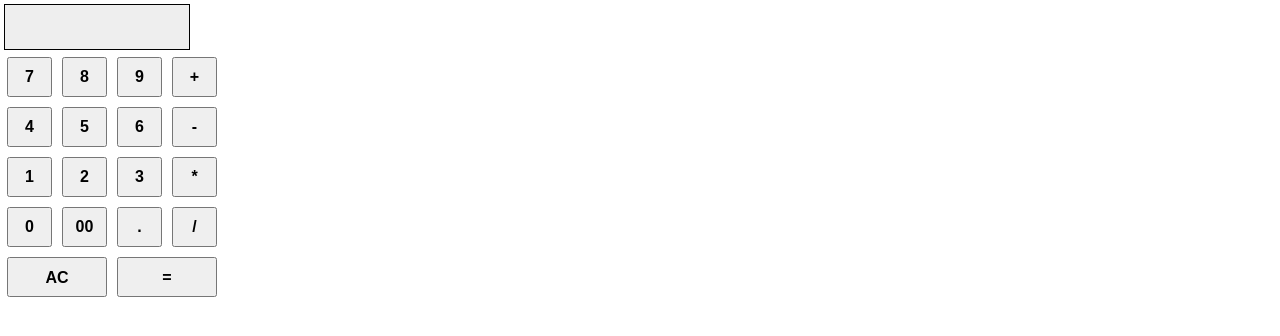
Repository: Kokoro-jp/calculatorApp
Page: index.html
The author's editor kept a record of every edit. The page is drawn from the files as they stood at one moment, then again after the next edit.
The browser window is 1280 px wide. The pictures show the whole page.

Above is the page before.

### index.html
<!DOCTYPE html>
    <html lang="ja">
      <head>
        <meta charset="utf-8">
        <link rel="stylesheet" href="main.css">
        <title>Calculator</title></title>
      </head>

      <body>
        <table>
          <tr>
            <td><div id="display"></div></td>
          </tr>

          <tr>
            <td><button onclick="clickbutton(this)">7</button></td>
            <td><button onclick="clickbutton(this)">8</button></td>
            <td><button onclick="clickbutton(this)">9</button></td>
            <td><button onclick="edit(this)">+</button></td>
          </tr>

          <tr>
            <td><button onclick="clickbutton(this)">4</button></td>
            <td><button onclick="clickbutton(this)">5</button></td>
            <td><button onclick="clickbutton(this)">6</button></td>
            <td><button onclick="edit(this)">-</button></td>
          </tr>

          <tr>
            <td><button onclick="clickbutton(this)">1</button></td>
            <td><button onclick="clickbutton(this)">2</button></td>
            <td><button onclick="clickbutton(this)">3</button></td>
            <td><button onclick="edit(this)">*</button></td>
          </tr>

          <tr>
            <td><button onclick="clickbutton(this)">0</button></td>
            <td><button onclick="clickbutton(this)">00</button></td>
            <td><button onclick="edit(this)">.</button></td>
            <td><button onclick="edit(this)">/</button></td>
          </tr>

          <tr>
            <td><button class="longbutton" onclick="reset(this)">AC</button></td>
            <td><button class="longbutton" onclick="equal(this)">=</button></td>
          </tr>

        </table>



      <script src="main.js"></script>
      </body>



    </html>

### main.css
*{
    margin: 0;
    padding: 0;
}


button{
    width: 45px;
    height: 40px;
    outline: none;
    box-shadow: none;
    margin: 5px;
    font-size: 16px;
    font-weight: bold;
}

#display{
    width: 180px;
    height: 40px;
    margin: 2px;
    background-color: #EEE;
    text-align: right;
    padding: 2px;
    box-shadow: none;
    outline: none;
    font-weight: bold;
    border: solid black 1px;
}


table{
    width:185px;
    table-layout: fixed;
    text-align: center;
}

.longbutton{
    display: flex;
    width: 100px;
    justify-content:center;
    padding-top: 10px;
}

tr{
    display: flex;
}

### main.js
let result = document.getElementById("display");

function equal() {
    result.innerHTML = eval(result.innerHTML);
}

function reset() {
    result.innerHTML ="";
}

function clickbutton(target){
    let input = target.innerHTML;
    if(result.innerHTML == "0" || result.innerHTML == "00") {
        result.innerHTML = input;
    }else{
        result.innerHTML +=input;
    }
}

function edit(target){
    let input = target.innerHTML;

    if(result.innerHTML.slice(-1) == "-") {
        return;
    }else if(result.innerHTML.slice(-1) == "+"){
        return;
    }else if(result.innerHTML.slice(-1) == "*"){
        return;
    }else if(result.innerHTML.slice(-1) == "/"){
        return;
    }else if(result.innerHTML.slice(-1) == "."){
        return;
    }else{
        result.innerHTML += input;
    }
}

After the next edit:
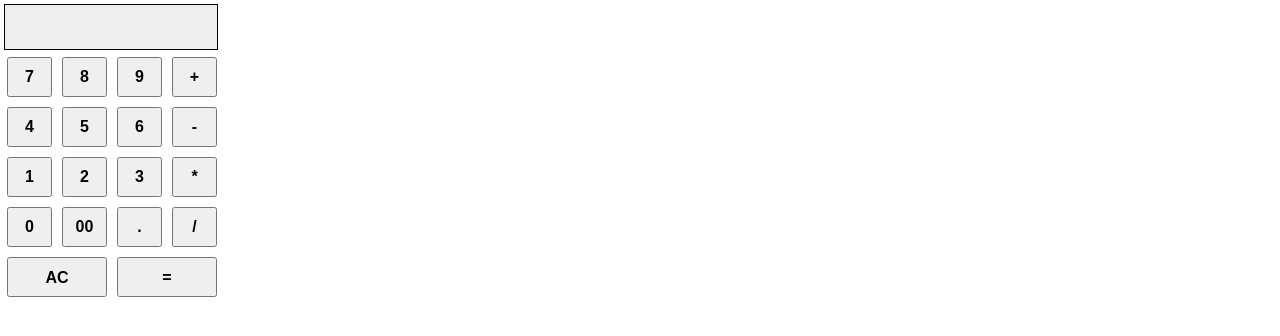
The edit:
--- a/main.css
+++ b/main.css
@@ -15,7 +15,7 @@
 }
 
 #display{
-    width: 180px;
+    width: 208px;
     height: 40px;
     margin: 2px;
     background-color: #EEE;
